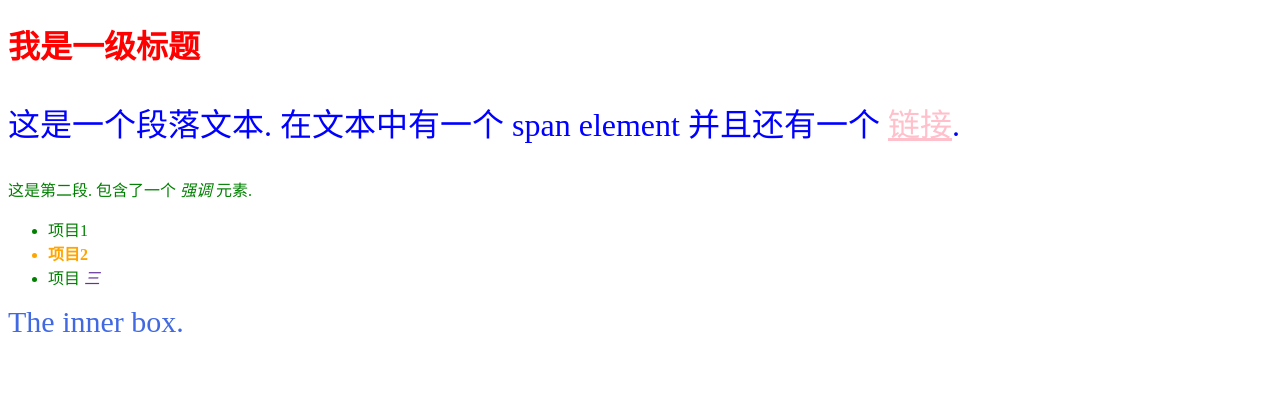
Repository: Valhally/web-projects
Page: sample-site/index.html
The author's editor kept a copy of each file at every save. The page is drawn from the files as they stood at one save, then again after a run of saves.
The browser window is 1280 px wide. The pictures show the whole page.

Above is the page before, as saved 2021-08-10 21:45:45.

After the next 2 saves:
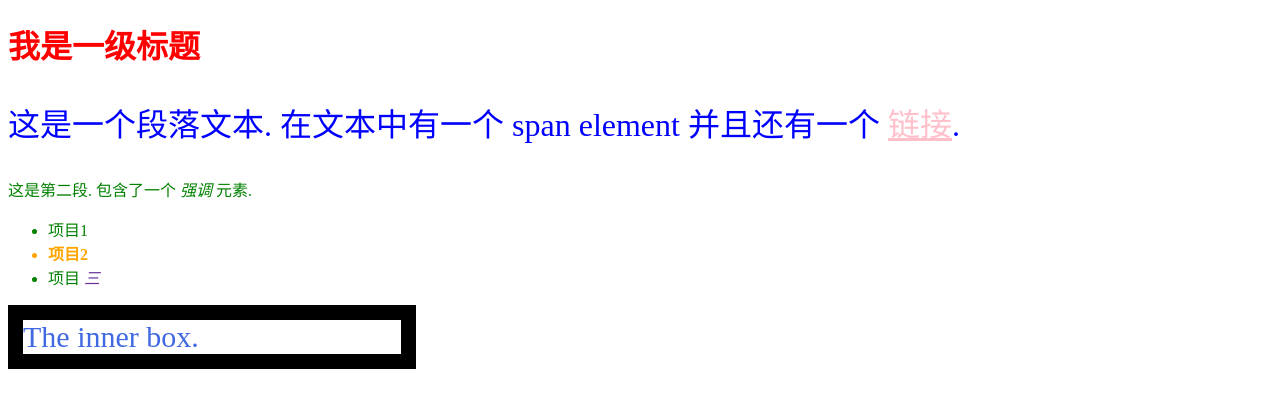
The 2 saves are shown as one change because they came seconds apart.
The last was saved 10 s later.
--- a/sample-site/resources/styles.css
+++ b/sample-site/resources/styles.css
@@ -39,5 +39,5 @@
     width: 10cm;
     color: royalblue;
     /*background-color: red; */
-    border: black;
+    border: solid black 4mm;
 }
